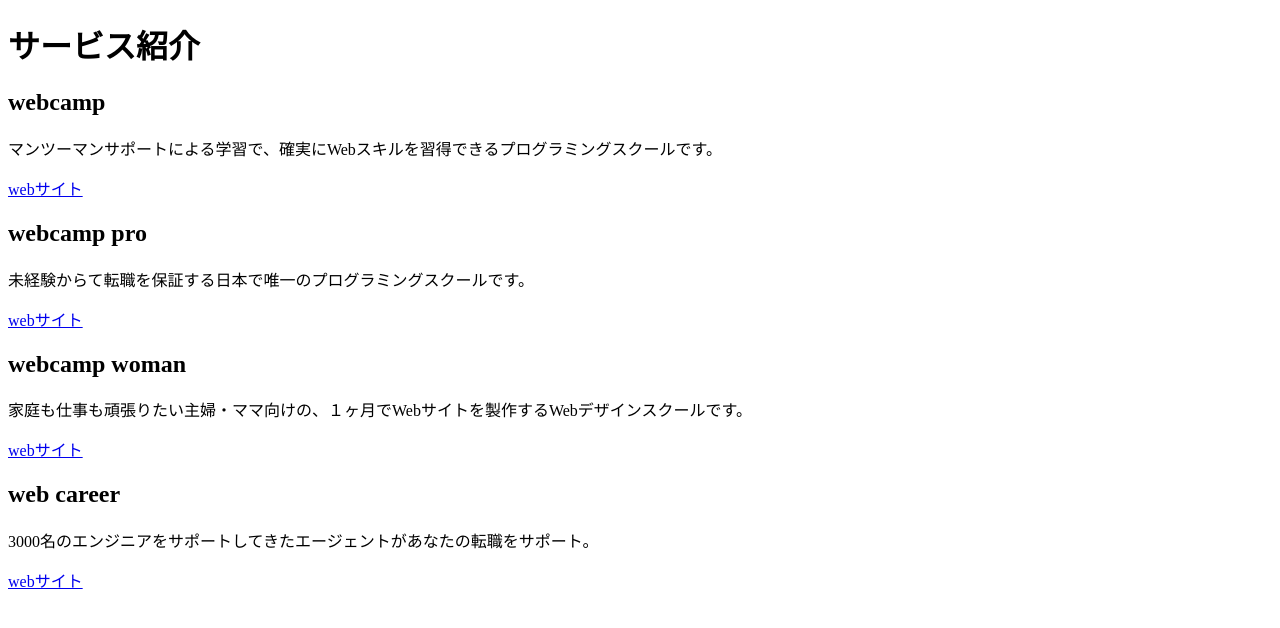
Repository: TKCitoh/html-5-
Page: sample/sample.html
The author's editor kept a record of every edit. The page is drawn from the files as they stood at one moment, then again after the next edit.
The browser window is 1280 px wide. The pictures show the whole page.

Above is the page before.

After the next edit:
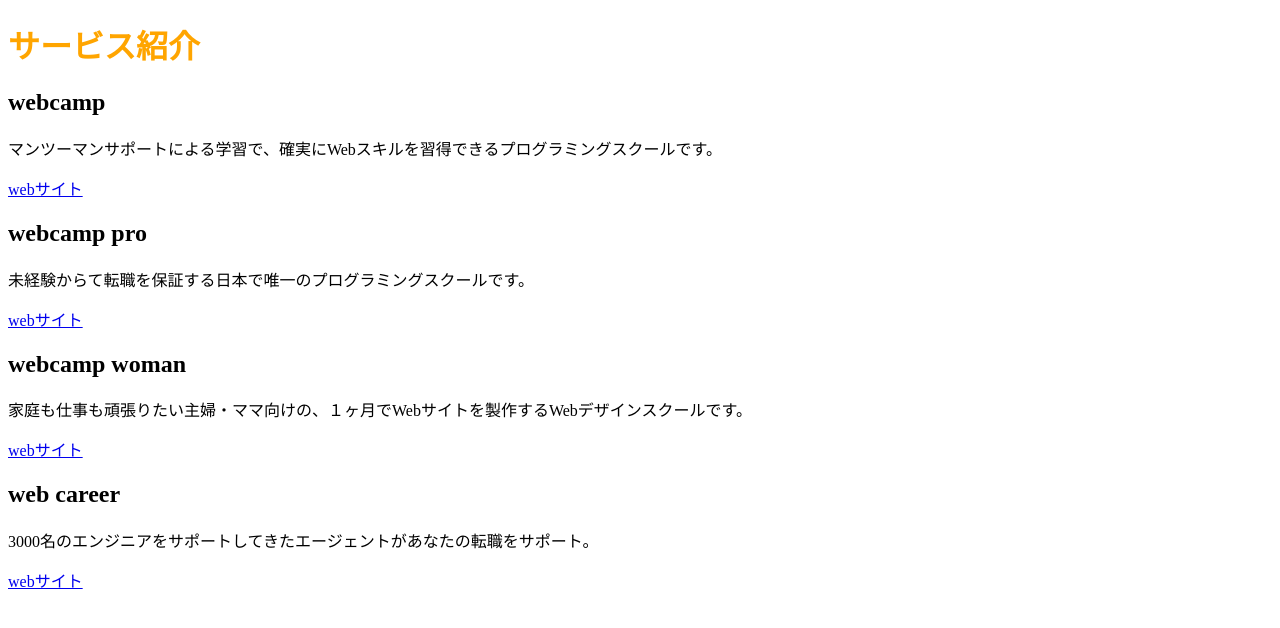
The edit:
--- a/sample/style.css
+++ b/sample/style.css
@@ -1,6 +1,3 @@
-<head>
-  <meta charset="UTF-8" />
-  <title>サービス紹介</title>
-  <!-- 下記1行を追加してください -->
-  <link rel="stylesheet" href="style.css" />
-</head>
+h1 {
+  color: orange;
+}
